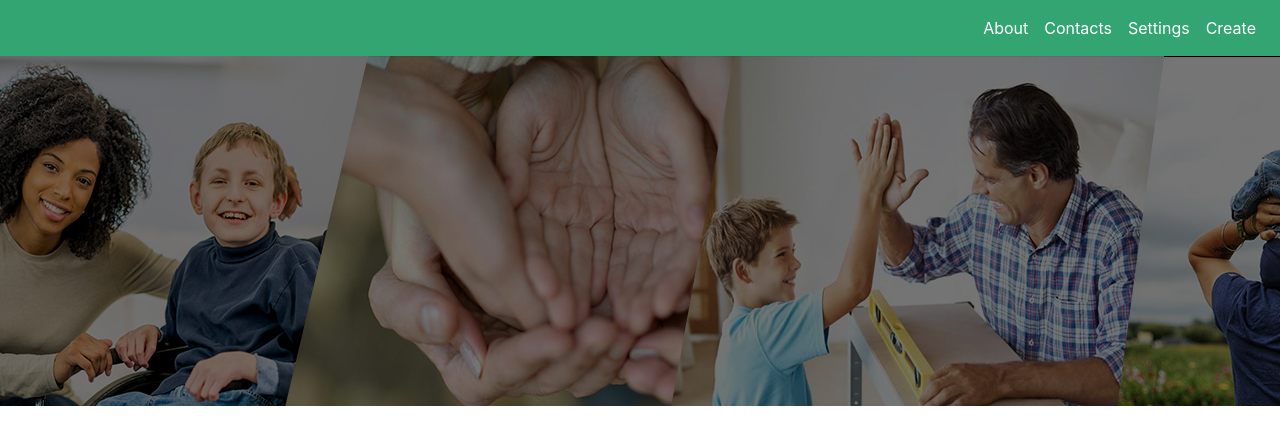
Repository: abduvali-aminov/fond
Page: http://localhost/main
These files come from the project's save history. The page is drawn as it stood at one moment and after the next save; the edit follows.
The browser window is 1280 px wide. The pictures show the whole page.
The page is served by the project's Laravel application, run on PHP 8.4 with Laravel 8.

Above is the page before, as saved 2021-01-18 12:10:38.

After the next save:
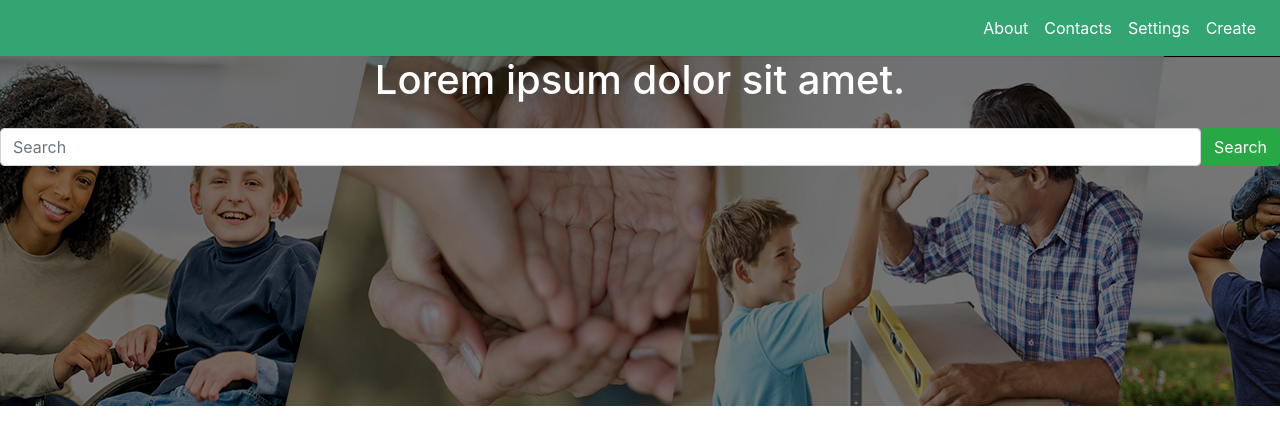
Saved 22 min 29 s later.
--- a/resources/views/main/index.blade.php
+++ b/resources/views/main/index.blade.php
@@ -3,7 +3,11 @@
 
     <div  style="height: 350px;background-image:url('{{ asset('images/photo_3.jpg') }}');position:relative">
         <center>
-
+            <h1 class="text-white">Lorem ipsum dolor sit amet.</h1>
+                <form class="d-flex mt-4">
+                    <input class="form-control" type="search" placeholder="Search" aria-label="Search">
+                    <button class="btn btn-success" type="submit">Search</button>
+                </form>
         </center>
     </div>
 
